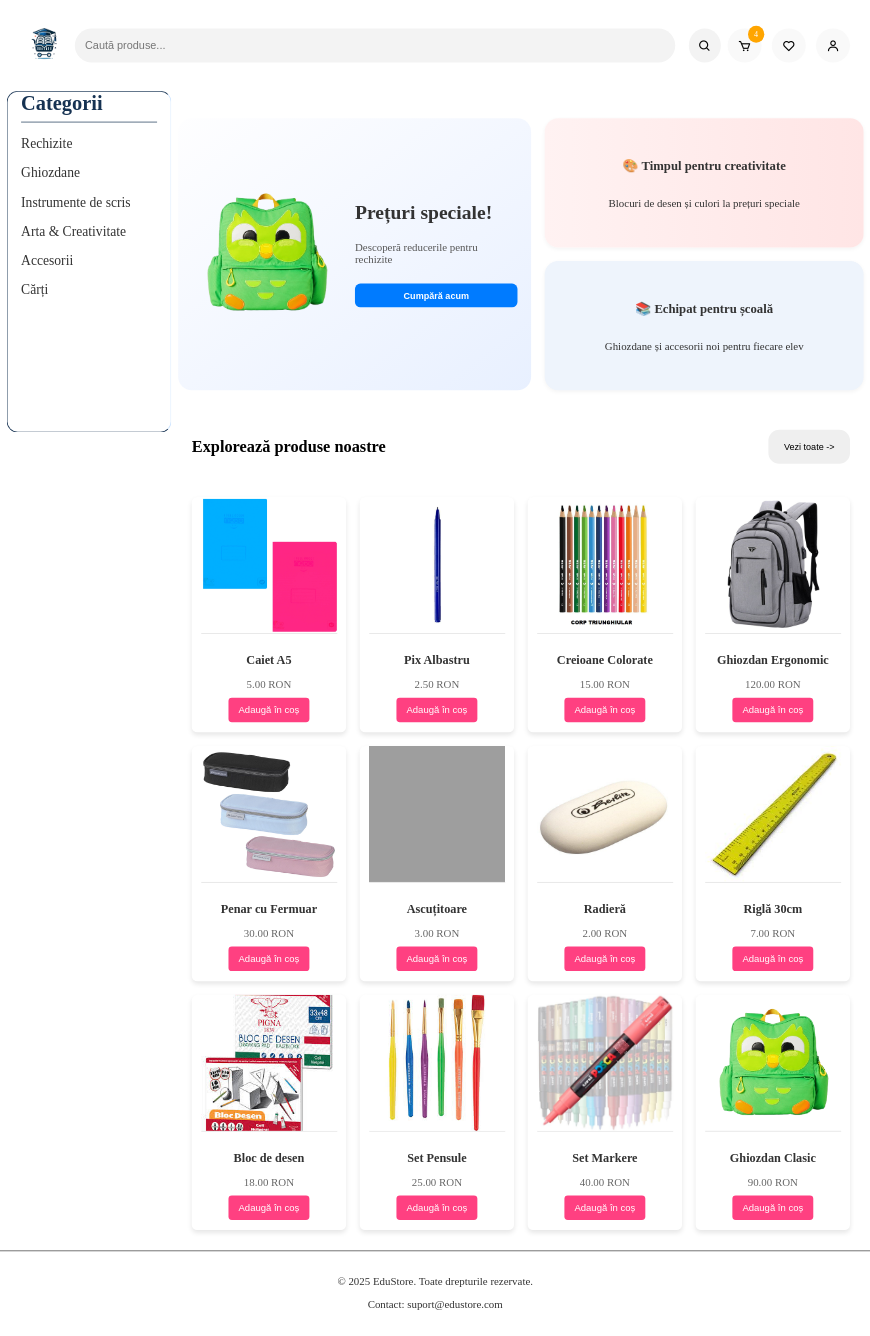
Repository: Roxana5504/WebDev-Project
Page: frontend/index.html
An editor plug-in stored every save of this project. The page is shown before and after the next save, followed by the edit.
The browser window is 1280 px wide. The pictures show the whole page, at 68% of full size.
Pictures or frames that could not be fetched are drawn as grey boxes.

Above is the page before, as saved 2025-04-23 16:56:28.

After the next save:
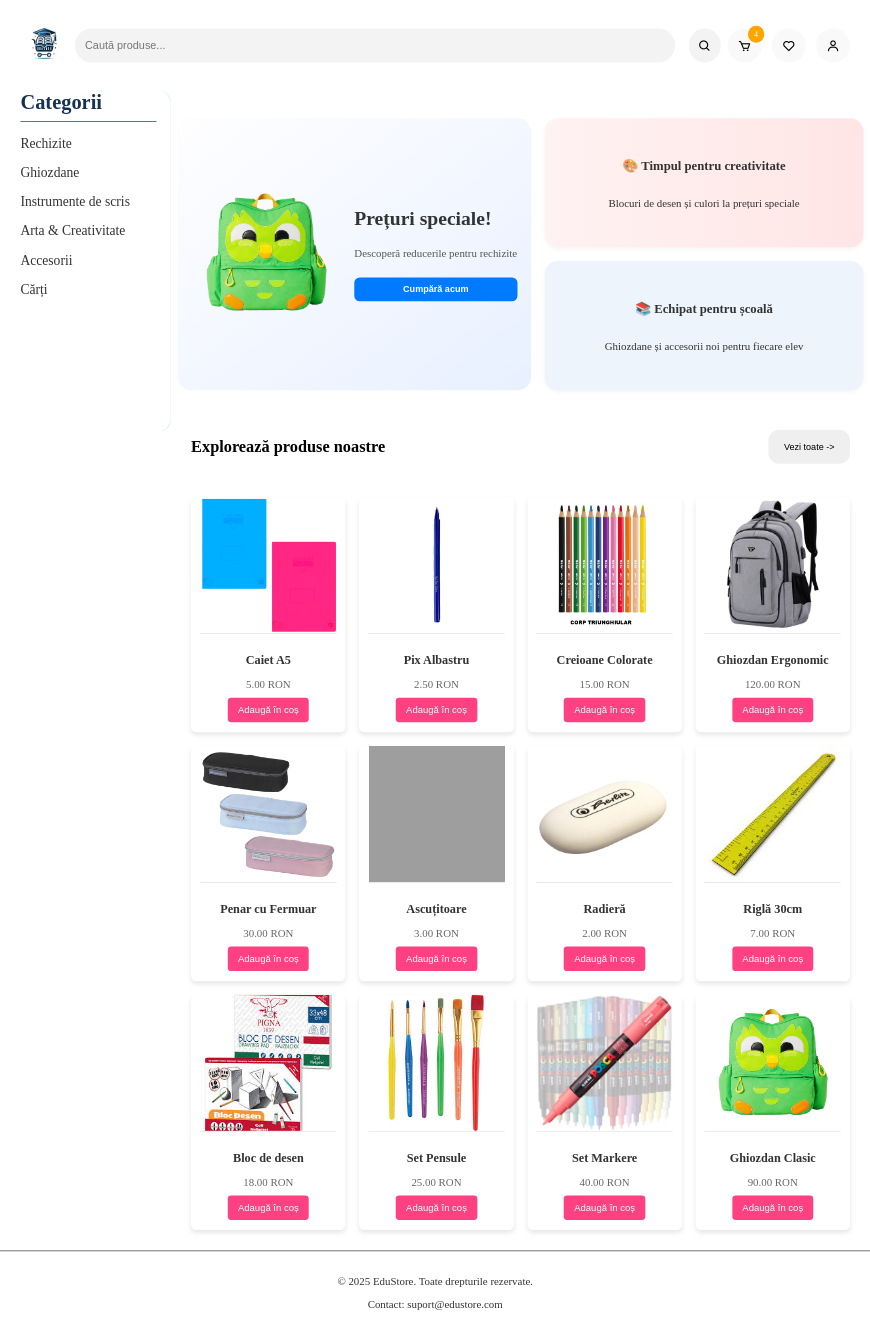
Saved 9 s later.
--- a/frontend/styles.css
+++ b/frontend/styles.css
@@ -189,7 +189,6 @@ body {
 
 .sidebar {
   max-height: 500px;
-  border: 1px solid rgb(22, 50, 82);
   border-radius: 16px;
   margin-left: 10px;
   position: relative;
